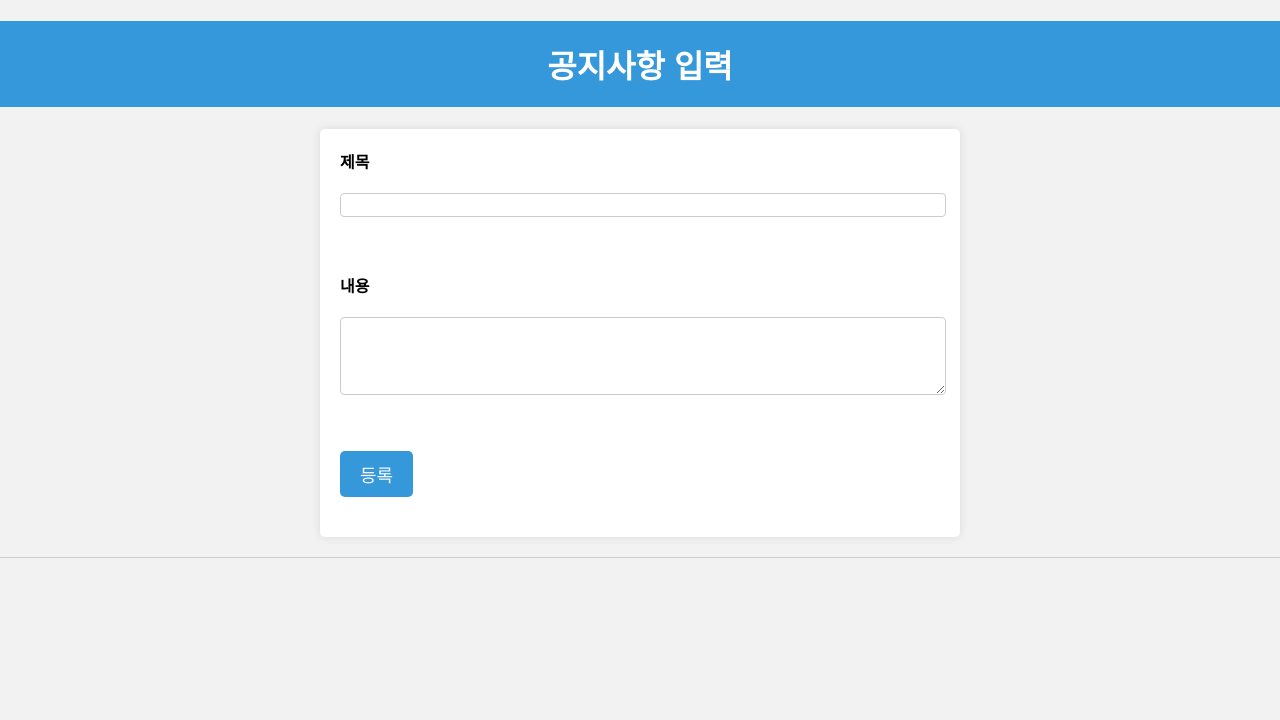
Repository: pvntlc/D-IT-Tech-Internship
Page: work_web/Day2_CMS/src/main/webapp/notice.html
These files come from the project's save history. The page is drawn as it stood at one moment and after the next save; the edit follows.
The browser window is 1280 px wide. The pictures show the whole page.

Above is the page before, as saved 2023-09-11 08:11:08.

### work_web/Day2_CMS/src/main/webapp/notice.html
<!DOCTYPE html>
<html>

<head>
	<meta charset="UTF-8">
	<meta name="viewport" content="width=device-width, initial-scale=1.0">
	<title>공지사항</title>
	<style>
		body {
			font-family: Arial, sans-serif;
			margin: 0;
			padding: 0;
			background-color: #f2f2f2;
		}

		h1 {
			text-align: center;
			padding: 20px;
			background-color: #3498db;
			color: #fff;
		}

		form {
			max-width: 600px;
			margin: 0 auto;
			background-color: #fff;
			padding: 20px;
			border-radius: 5px;
			box-shadow: 0 0 10px rgba(0, 0, 0, 0.1);
		}

		label,
		input,
		textarea {
			display: block;
			margin-bottom: 20px;
		}

		label {
			font-weight: bold;
		}

		input[type="text"],
		textarea {
			width: 100%;
			padding: 2px;
			border: 1px solid #ccc;
			border-radius: 4px;
			font-size: 16px;
		}

		input[type="submit"] {
			background-color: #3498db;
			color: #fff;
			border: none;
			padding: 10px 20px;
			font-size: 18px;
			border-radius: 5px;
			cursor: pointer;
		}

		input[type="submit"]:hover {
			background-color: rgb(0, 0, 160);
		}

		#noticeList {
			margin-top: 20px;
			border-top: 1px solid #ccc;
			padding-top: 20px;
		}

		#noticeList strong {
			font-size: 18px;
			color: #3498db;
		}

		#noticeList p {
			font-size: 16px;
			margin-top: 10px;
		}

</style>
</head>

<body>
	<h1>공지사항 입력</h1>
	<form  method="post" action="Notice.do">
		<label for="title">제목</label>
		<input type="text" id="title" name="title" required><br><br>
		<label for="cont">내용</label>
		<textarea id="cont" name="cont" rows="4" required></textarea><br><br>
		<input type="submit" value="등록" onclick="openConfirm();" id="button">
	</form>

	<div id="noticeList">

	</div>
</body>
	<script>
		function openConfirm() {
			confirm("정말 제출하실건가요?");}
	</script>

</html>

After the next save:
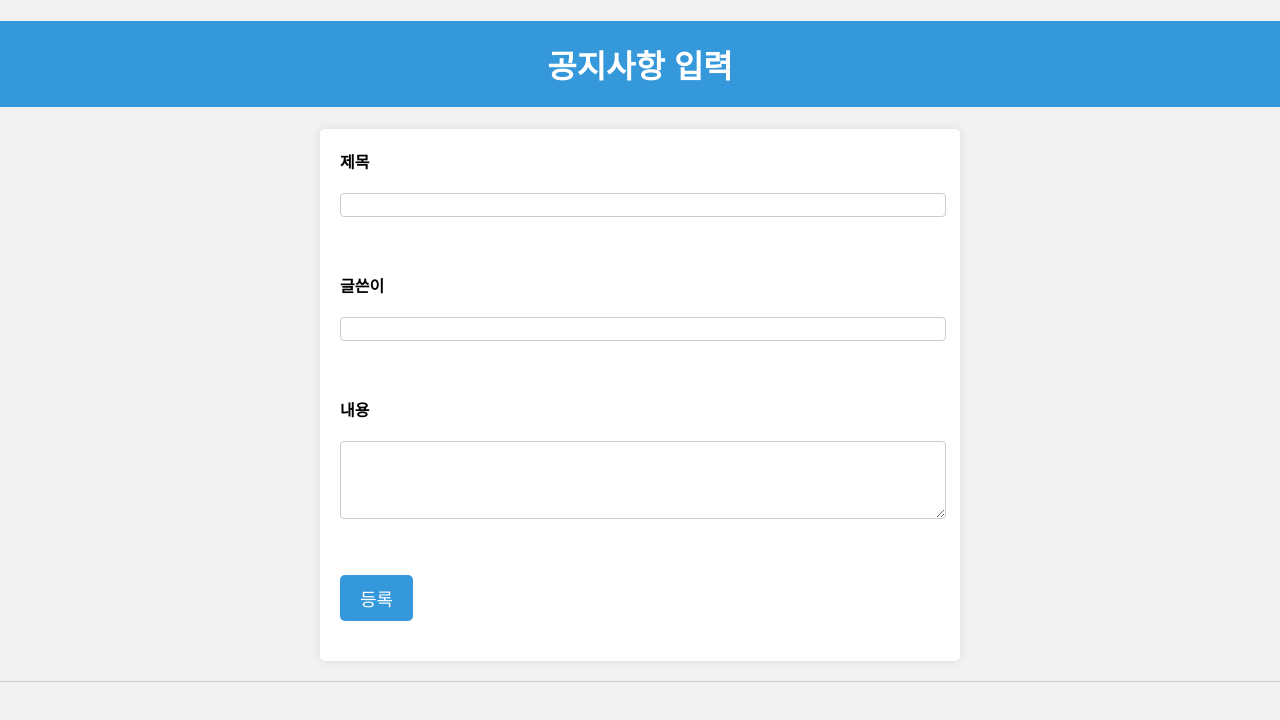
Saved 2 min 17 s later.
--- a/work_web/Day2_CMS/src/main/webapp/notice.html
+++ b/work_web/Day2_CMS/src/main/webapp/notice.html
@@ -87,6 +87,8 @@
 	<form  method="post" action="Notice.do">
 		<label for="title">제목</label>
 		<input type="text" id="title" name="title" required><br><br>
+		<label for="writer">글쓴이</label>
+		<input type="text" id="writer" name="writer" required><br><br>
 		<label for="cont">내용</label>
 		<textarea id="cont" name="cont" rows="4" required></textarea><br><br>
 		<input type="submit" value="등록" onclick="openConfirm();" id="button">
